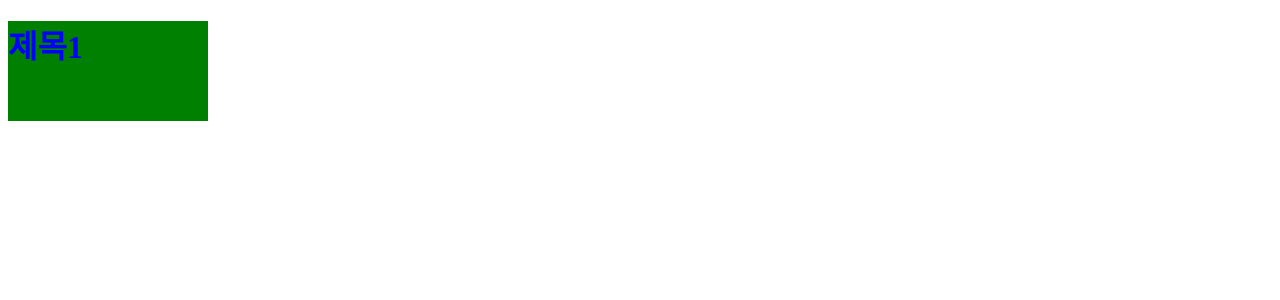
Repository: Kray273/JSLab
Page: css/src/main/webapp/Day97/boxmodel.html
An editor plug-in stored every save of this project. The page is shown before and after the next save, followed by the edit.
The browser window is 1280 px wide. The pictures show the whole page.

Above is the page before, as saved 2022-11-25 06:42:01.

### css/src/main/webapp/Day97/boxmodel.html
<!DOCTYPE html>
<html>
<head>
<meta charset="UTF-8">
<title>BoxModel</title>
<style type="text/css">
	h1 {
	 color: blue;
	 background-color: green;
	 width: 200px;
	 height: 100px;
	}

</style>

</head>
<body>

<h1> 제목1 </h1>

</body>
</html>

After the next save:
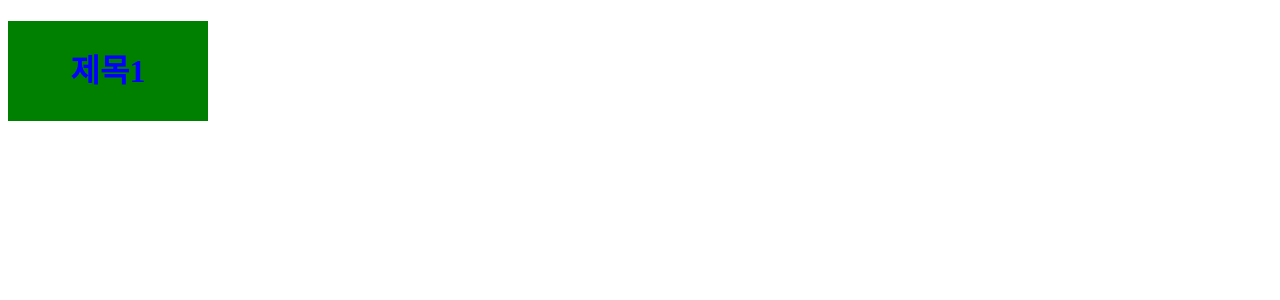
Saved 101 s later.
--- a/css/src/main/webapp/Day97/boxmodel.html
+++ b/css/src/main/webapp/Day97/boxmodel.html
@@ -9,6 +9,8 @@
 	 background-color: green;
 	 width: 200px;
 	 height: 100px;
+	 text-align: center;
+	 line-height: 100px;
 	}
 
 </style>
